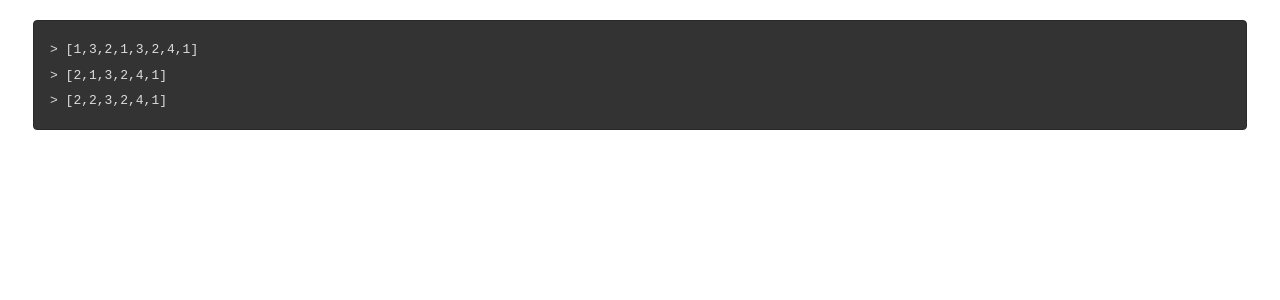
Repository: betaWeb/twicejs
Page: index.html
An editor plug-in stored every save of this project. The page is shown before and after the next save, followed by the edit.
The browser window is 1280 px wide. The pictures show the whole page.

Above is the page before, as saved 2019-12-12 14:25:24.

### index.html
<!DOCTYPE html>
<html lang="en">

<head>
    <meta charset="UTF-8">
    <meta name="viewport" content="width=device-width, initial-scale=1.0">
    <meta http-equiv="X-UA-Compatible" content="ie=edge">
    <title>TwiceJS</title>
    <style>
        pre {
            background: #333;
            white-space: pre;
            word-wrap: break-word;
            overflow: auto;
        }

        pre.code {
            margin: 20px 25px;
            padding: 1rem 0;
            border-radius: 4px;
            border: 1px solid #292929;
            position: relative;
        }

        pre.code code {
            display: block;
            padding: .2rem 16px .2rem;
            overflow-x: auto;
            font-size: 13px;
            line-height: 19px;
            color: #ddd;
        }
    </style>
</head>
<div id="app">
    <pre class="code"></pre>
</div>

<body>
    <script type="text/javascript" src="/TwiceJS.js" defer></script>
    <script type="text/javascript" defer>
        document.addEventListener('DOMContentLoaded', () => {
            const $pre = document.querySelector('#app .code')
            const print = str => {
                const $code = document.createElement('code')
                $code.innerHTML = '> [' + str + ']'
                $pre.appendChild($code)
            }
            let set = new window.TwiceJS
            set.append([1, 1, 1, 2, 3, 3, 4])
            print(set.withCount)
            set.remove(1)
            print(set.withCount)
            set.append(2)
            print(set.withCount)
        })
    </script>
</body>

</html>

### TwiceJS.js
/**
 * @property {Object} options
 * @property {Map} dataset
 */
class TwiceJS {

    /**
     * @returns {Array}
     */
    get entries() {
        return Array.from(this.keys.map(this._decodeKey.bind(this)))
    }

    /**
     * @returns {Object[] | Array[]}
     */
    get withCount() {
        return this.keys.reduce((acc, key) => {
            const count = this._dataset.get(key)
            const item = this._decodeKey(key)

            if (item.constructor !== Object)
                return [...acc, [item, count]]

            return [
                ...acc,
                {
                    ...item,
                    ...{ [this.options.count_key]: count }
                }
            ]
        }, [])
    }

    /**
     * @returns {Array}
     */
    get keys() {
        return [...this._dataset.keys()]
    }

    /**
     * @returns {Boolean}
     */
    get isEmpty() {
        return this.keys.length === 0
    }

    /**
     * @returns {Map}
     */
    get rawMap() {
        return this._dataset
    }

    /**
     * @returns {Object}
     */
    static get DEFAULT_OPTIONS() {
        return {
            count_key: '_count'
        }
    }

    /**
     * @param {Object} options
     */
    constructor(options = {}) {
        this.options = { ...TwiceJS.DEFAULT_OPTIONS, ...options }
        this.clear()
    }

    /**
     * @returns {TwiceJS}
     */
    clear() {
        this._dataset = new Map()
        return this
    }

    /**
     * @param {Array|*} data
     * @returns {TwiceJS}
     */
    append(data) {
        return this._process(data, item => {
            const key = this._keyify(item)
            let count = this._dataset.get(key) || 0

            this._dataset.set(key, count += 1)
        })
    }

    /**
     * @param {Array|*} oldKey
     * @param {Array|*} newKey
     * @returns {TwiceJS}
     */
    replace(oldKey, newKey) {
        oldKey = this._keyify(oldKey)
        newKey = this._keyify(newKey)

        if (!this._dataset.has(oldKey))
            throw new Error(`[Err] TwiceJS.set :: key '${oldKey}' doesn't exists on dataset`)

        const oldCount = this._dataset.get(oldKey)

        this
            .remove(oldKey)
            .append(newKey)

        this._dataset.set(newKey, oldCount)

        return this
    }

    /**
     * @param {Array|*} data
     * @returns {TwiceJS}
     */
    remove(data) {
        return this._process(data, item => {
            const key = this._keyify(item)

            if (this._dataset.has(key))
                this._dataset.delete(key)
        })
    }

    /**
     * @param {*} item
     * @returns {Number}
     */
    count(item) {
        const key = this._keyify(item)
        return this._dataset.get(key) || 0
    }

    /**
     * @param {Array} data
     * @param {Function} process
     * @returns {TwiceJS}
     */
    _process(data, process) {
        if (!Array.isArray(data))
            data = [data]

        data = this._normalize(data)
        data.forEach(process.bind(this))
        return this
    }

    /**
     * @param {*} item
     * @returns {String}
     */
    _keyify(item) {
        if (!Array.isArray(item) && item.constructor !== Object)
            return item.toString()

        try {
            return JSON.stringify(item)
        } catch (e) {
            throw new Error(`[Err] TwiceJS._keyify :: error on keyify item ${item}\n${e}`)
        }
    }

    /**
     * @param {String} key
     * @returns {*}
     */
    _decodeKey(key) {
        try {
            return JSON.parse(key)
        } catch (err) {
            return key;
        }
    }

    /**
     * @param {Array|Object|*} data
     * @returns {Array|Object|*}
     */
    _normalize(data) {
        try {
            return JSON.parse(JSON.stringify(data))
        } catch (e) {
            return data
        }
    }

}

if (!('TwiceJS' in window))
    window.TwiceJS = TwiceJS

After the next save:
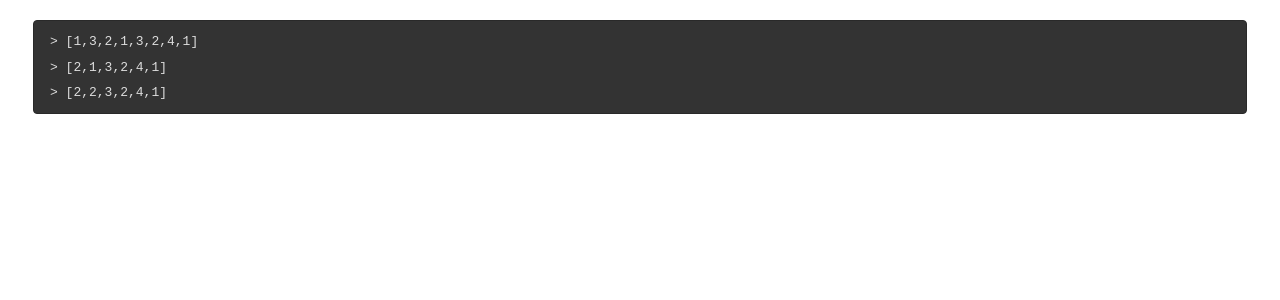
Saved 9 s later.
--- a/index.html
+++ b/index.html
@@ -16,7 +16,7 @@
 
         pre.code {
             margin: 20px 25px;
-            padding: 1rem 0;
+            padding: .5rem 0;
             border-radius: 4px;
             border: 1px solid #292929;
             position: relative;
